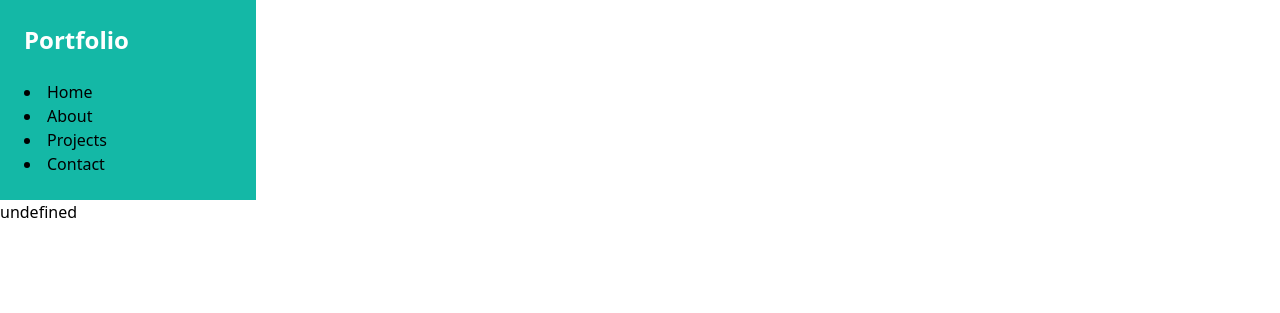
Repository: feyroozecode/feyroozecode.github.io
Page: index.html
The author's editor kept a copy of each file at every save. The page is drawn from the files as they stood at one save, then again after the next save.
The browser window is 1280 px wide. The pictures show the whole page.
Some web libraries are served in a nearby version.

Above is the page before, as saved 2023-11-30 21:38:17.

### index.html
<!DOCTYPE html>
<html lang="en">
<head>
  <meta charset="UTF-8">
  <meta name="viewport" content="width=device-width, initial-scale=1.0">
  <title>Portfolio SPA</title>
  <link rel="stylesheet" href="https://cdn.jsdelivr.net/npm/tailwindcss@2.2.19/dist/tailwind.min.css">
  <style>
    body {
            @apply font-sans bg-gray-100;
            }

            #app {
                @apply flex h-screen bg-gray-200;
            }

            /* Sidebar Styles */
            .sidebar {
                @apply bg-indigo-700 text-white w-64 py-8 px-4;
            }

            .sidebar h1 {
                @apply text-xl font-semibold mb-4;
            }

            .sidebar nav ul li {
                @apply mb-2 p-2 rounded cursor-pointer;
            }

            .sidebar nav ul li:hover,
            .sidebar nav ul li:focus {
                @apply bg-indigo-800;
            }

            /* Content Styles */
            .content {
                @apply flex-1 p-8;
            }

            .content h2 {
                @apply text-3xl font-semibold mb-4;
            }
  </style>

  <script src="https://cdn.tailwindcss.com"></script>

</head>
</head>
<body>

    <!-- sidebar-->
    <aside class="bg-teal-500 w-64 p-6">
         <h1 class="text-2xl font-semibold text-white">Portfolio</h1>
    <nav class="mt-6">
        <li>
            <a href="#" onclick="navigateTo('home')">Home</a>
        </li>
       <li>
         <a href="#" onclick="navigateTo('about')">About</a>
       </li>
       <li>
         <a href="#" onclick="navigateTo('projects')">Projects</a>
       </li>
        <li>
          <a href="#" onclick="navigateTo('contact')">Contact</a>
        </li>
    </nav>
    </aside>

<main id="main">

</main>

<script>
  function navigateTo(page) {
    switch (page) {
      case 'home':
            renderHome();
        break;
      case 'about':
        renderAbout();
        break;
      case 'projects':
        renderProjects();
        break;
      case 'contact':
        renderContact();
        break;
      default:
        renderHome();
    }
  }

  const homePage = ` <h2 class="text-3xl font-bold mb-4">Welcome to My Portfolio</h2>
      <p>This is the home page of my portfolio. Feel free to explore!</p>
    `
  const aboutPage = `
      <h2 class="text-3xl font-bold mb-4">About Me</h2>
      <p>This is the about me section of my portfolio. Learn more about who I am and my skills.</p>
    `
  const projectsPage = `
      <h2 class="text-3xl font-bold mb-4">My Projects</h2>
      <p>Explore the projects I have worked on in this section.</p>
    `
  const contactPage =  `
      <h2 class="text-3xl font-bold mb-4">Contact Me</h2>
      <p>Feel free to contact me through the provided information.</p>
    `

  const main = `main` ;

  function renderHome(page) {
    document.getElementById(main).innerHTML = page ;
  }

  // Initial load
  navigateTo('home');
</script>

</body>
</html>

After the next save:
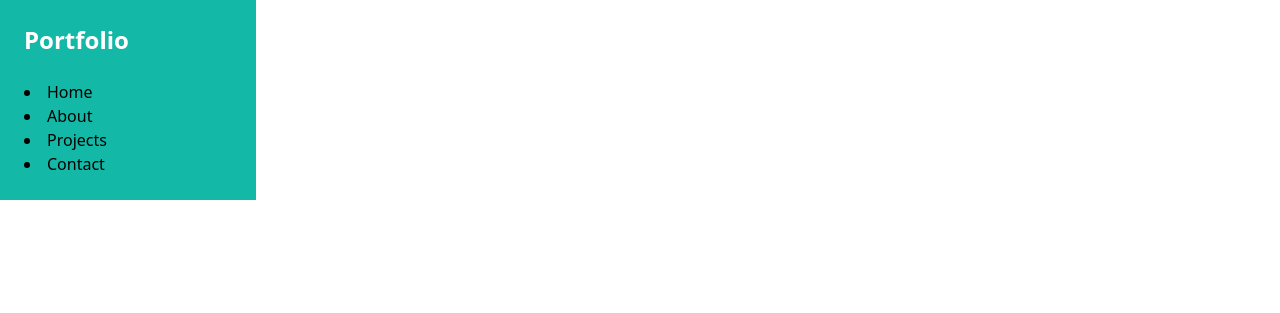
Console error: ReferenceError: renderHome is not defined
Saved 22 s later.
--- a/index.html
+++ b/index.html
@@ -109,7 +109,7 @@
 
   const main = `main` ;
 
-  function renderHome(page) {
+  function renderPage(page) {
     document.getElementById(main).innerHTML = page ;
   }
 

After the 3 saves that followed:
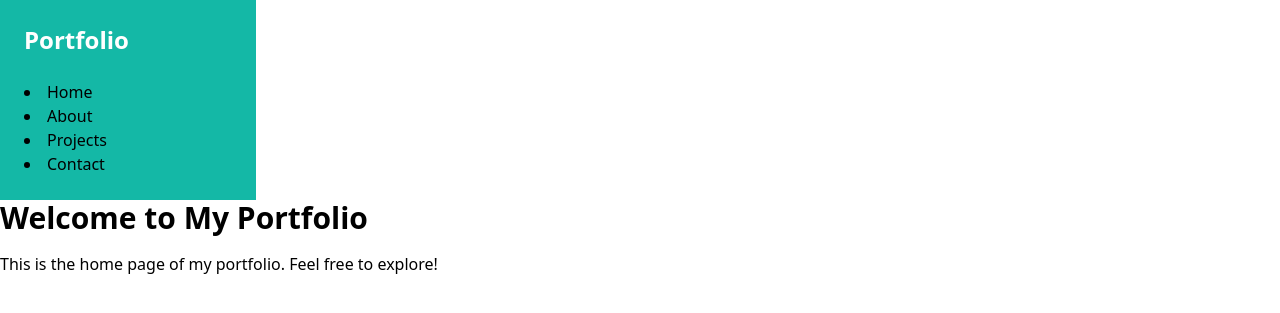
The error is gone.
The 3 saves are shown as one change because 1 left the picture as it was and some came seconds apart.
The last was saved 16 s later.
--- a/index.html
+++ b/index.html
@@ -75,7 +75,7 @@
   function navigateTo(page) {
     switch (page) {
       case 'home':
-            renderHome();
+            renderPage(homePage)
         break;
       case 'about':
         renderAbout();
